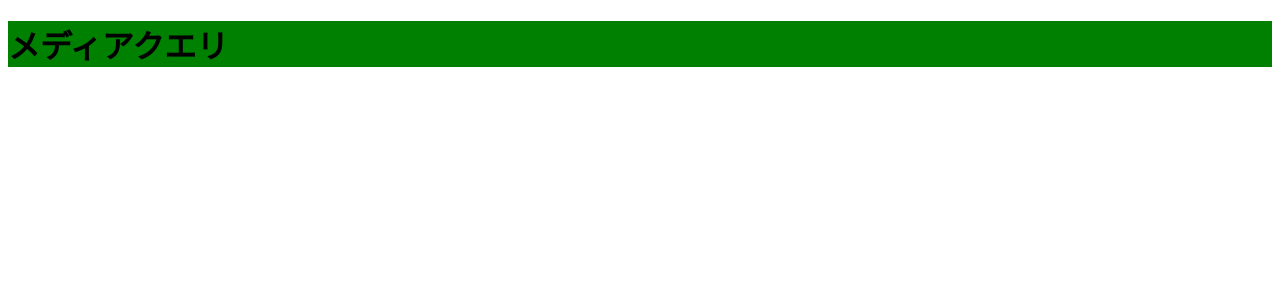
Repository: Soto-Iwaki/samurai_HTML-CSS
Page: Soto.html
The author's editor kept a record of every edit. The page is drawn from the files as they stood at one moment, then again after the next edit.
The browser window is 1280 px wide. The pictures show the whole page.

Above is the page before.

After the next edit:
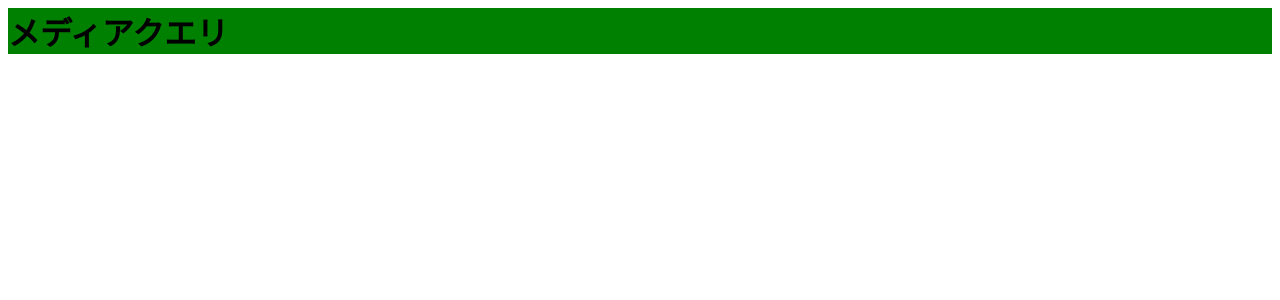
The edit:
--- a/Soto.html
+++ b/Soto.html
@@ -1,4 +1,3 @@
-<!DOCTYPE html>
 <html lang="ja">
     <head>
         <meta charset="UTF-8" name="viewport" content="width=device-width, initial-scale=1">
